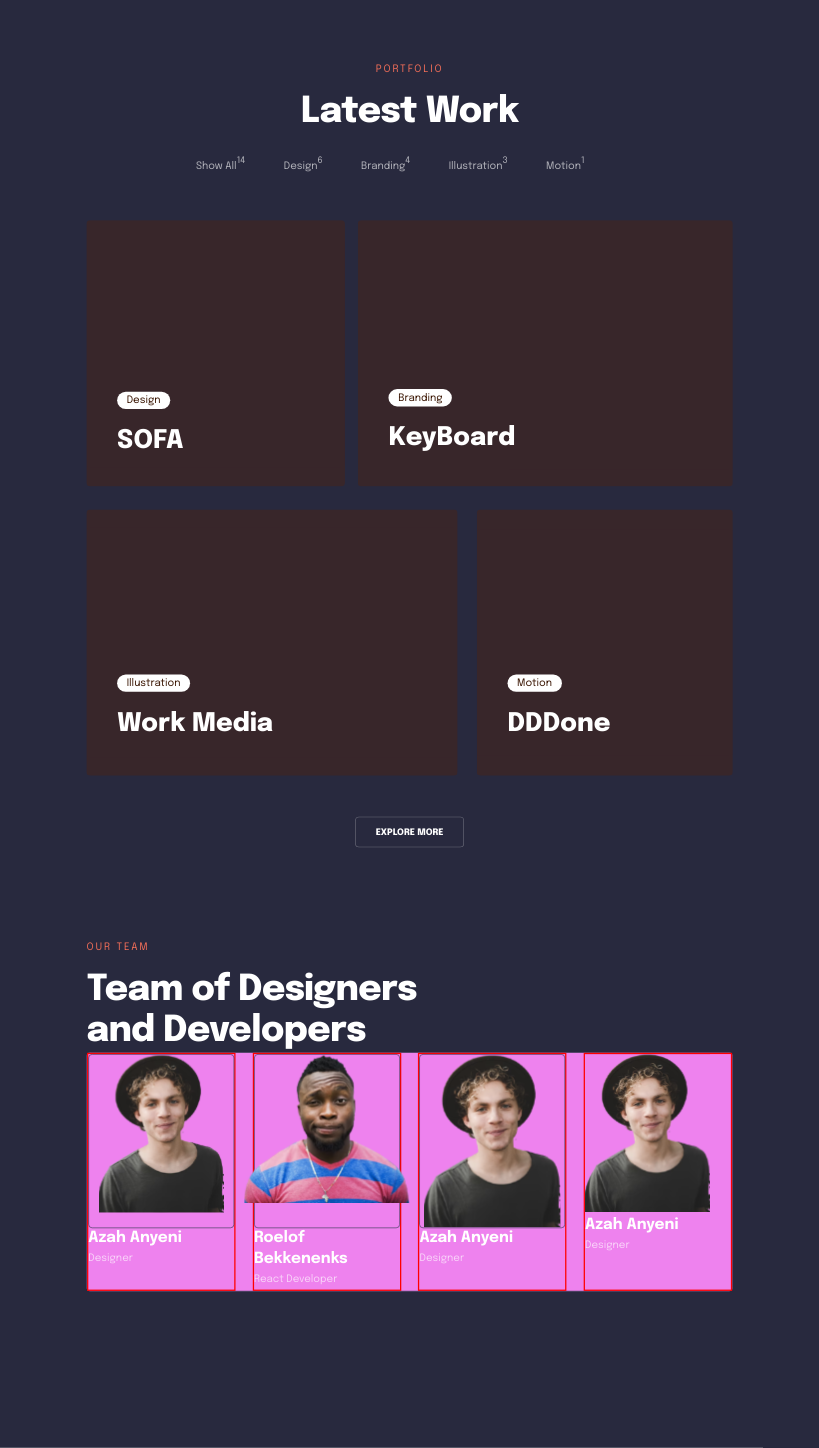
Repository: FidanXankishiyeva/figma-positions-task
Page: index.html
The author's editor kept a copy of each file at every save. The page is drawn from the files as they stood at one save, then again after a run of saves.
The browser window is 1280 px wide. The pictures show the whole page, at 64% of full size.

Above is the page before, as saved 2023-08-10 13:45:40.

### index.html
<!DOCTYPE html>
<html lang="en">

<head>
    <meta charset="UTF-8">
    <meta name="viewport" content="width=device-width, initial-scale=1.0">
    <title>Document</title>
    <link rel="stylesheet" href="index.css">
</head>

<body>
    <div class="container">
        <div class="page-1">
            <div class="text-box">
                <h1>Portfolio</h1>
                <h2>Latest Work</h2>
            </div>
            <nav class="position-box">
                <ul>
                    <li>
                        <h1>Show All</h1>
                        <p>14</p>
                    </li>
                    <li>
                        <h1>Design</h1>
                        <p>6</p>
                    </li>
                    <li>
                        <h1>Branding</h1>
                        <p>4</p>
                    </li>
                    <li>
                        <h1>Illustration</h1>
                        <p>3</p>
                    </li>
                    <li>
                        <h1>Motion</h1>
                        <p>1</p>
                    </li>
                </ul>
            </nav>
            <div class="photo-box">
                <div class="sofa-box">
                    <img src="./photo/sofa.svg" alt="">
                    <div class="design-box">
                        <a href="#">Design</a>
                        <p>SOFA</p>

                    </div>
                </div>
                <div class="keyboard-box">
                    <img src="./photo/keyboard.svg" alt="">
                    <div class="branding-box">
                        <a href="#">Branding</a>
                        <p>KeyBoard</p>
                    </div>
                </div>
            </div>

            <div class="photo-box-2">
                <div class="work-media">
                    <img src="./photo/Work-Media.svg" alt="">
                    <div class="illustration-box">
                        <a href="#">Illustration</a>
                        <p>Work Media</p>
                    </div>
                </div>
                <div class="done-box">
                    <img src="./photo/done.svg" alt="">
                    <div class="motion-box">
                        <a href="#">Motion</a>
                        <p>DDDone</p>
                    </div>
                </div>
            </div>
            <button>
                Explore more
            </button>
        </div>
        <div class="page-2">
            <div class="text-box-2">
                <h3 >Our Team</h3>
                <h4>Team of Designers
                    and Developers</h4>
            </div>
            <div class="team-person">
                <ul>
                    <li>
                        <div>
                            <img src="./photo/azah.svg" alt="">
                        </div>
                        <h5>Azah Anyeni</h5>
                        <h6>Designer</h6>
                    </li>
                    <li>
                        <div>
                            <img src="./photo/roelof.svg" alt="">

                        </div>
                        <h5>Roelof Bekkenenks</h5>
                        <h6>React Developer</h6>
                    </li>
                    <li>
                        <div>
                            <img src="./photo/azah.svg" alt="">
                        </div>
                        <h5>Azah Anyeni</h5>
                        <h6>Designer</h6>
                    </li>
                    <li>
                        <img src="./photo/azah.svg" alt="">
                        <h5>Azah Anyeni</h5>
                        <h6>Designer</h6>
                    </li>
                </ul>
            </div>
        </div>
    </div>

</body>

</html>

### index.css
@import url("https://fonts.googleapis.com/css2?family=Epilogue:wght@400;700;800&display=swap");
* {
  margin: 0;
  padding: 0;
  box-sizing: border-box;
}

.container {
  width: 100%;
  background-color: #28293e;
}

.page-1 {
  padding: 92px 135px 0 135px;
}
.text-box h1 {
  margin-bottom: 20px;
  color: var(--text-light-accent, #ef6d58);
  text-align: center;
  font-feature-settings: "clig" off, "liga" off;
  font-family: Epilogue;
  font-size: 16px;
  font-style: normal;
  font-weight: 400;
  line-height: 32px;
  letter-spacing: 3px;
  text-transform: uppercase;
}

.text-box h2 {
  margin-bottom: 36px;
  color: var(--text-light, #fff);
  text-align: center;
  font-feature-settings: "clig" off, "liga" off;
  font-family: Epilogue;
  font-size: 56px;
  font-style: normal;
  font-weight: 800;
  line-height: 64px;
  letter-spacing: -1px;
}

.position-box ul {
  display: flex;
  justify-content: center;
}

.position-box ul li {
  list-style-type: none;
  margin-right: 60px;
  display: flex;
}

.position-box ul li h1 {
  color: var(--text-light-gray, rgba(255, 255, 255, 0.64));
  font-feature-settings: "clig" off, "liga" off;
  font-family: Epilogue;
  font-size: 16px;
  font-style: normal;
  font-weight: 400;
  line-height: 32px;
}

.position-box ul li p {
  color: var(--text-light-gray, rgba(255, 255, 255, 0.64));
  text-align: center;
  font-feature-settings: "clig" off, "liga" off;
  font-family: Epilogue;
  font-size: 14px;
  font-style: normal;
  font-weight: 400;
}

.photo-box {
  display: flex;
  justify-content: space-between;
  margin-top: 68px;
}

.sofa-box {
  width: 40%;
  position: relative;
}

.design-box {
  position: absolute;
  bottom: 51px;
  left: 48px;
  /* top: 50%;
    left: 50%;
    transform: translate(-50%, -50%); */
}

.sofa-box img {
  width: 100%;
  height: 416px;
  margin-right: 30px;
  border-radius: 6px;
  opacity: 0.3181;
  background: #5c2000;
}

.photo-box a {
  width: 84px;
  height: 38px;
  padding: 5px 15px;
  text-decoration: none;
  border-radius: 19px;
  background: #fff;
  color: var(--text-dark, #391400);
  font-feature-settings: "clig" off, "liga" off;
  font-family: Epilogue;
  font-size: 16px;
  font-style: normal;
  font-weight: 400;
  line-height: 32px;
}

.photo-box p {
  margin-top: 23px;
  color: var(--text-light, #fff);
  font-feature-settings: "clig" off, "liga" off;
  font-family: Epilogue;
  font-size: 40px;
  font-style: normal;
  font-weight: 800;
  line-height: 48px;
}

.keyboard-box {
  position: relative;
  width: 58%;
  height: 416px;
}

.keyboard-box img {
  width: 100%;
  height: 100%;
  border-radius: 6px;
  opacity: 0.3181;
  background: #5c2000;
}

.branding-box {
  position: absolute;
  bottom: 51px;
  left: 48px;
}

.photo-box-2 {
  display: flex;
  justify-content: space-between;
  margin-top: 32px;
}

.work-media {
  position: relative;
  margin-right: 30px;
  width: 58%;
  height: 416px;
}

.work-media img {
  width: 100%;
  height: 100%;
  border-radius: 6px;
  opacity: 0.3181;
  background: #5c2000;
}

.photo-box-2 a {
  padding: 5px 15px;
  border-radius: 19px;
  text-decoration: none;
  background: #fff;
  color: var(--text-dark, #391400);
  font-feature-settings: "clig" off, "liga" off;
  font-family: Epilogue;
  font-size: 16px;
  font-style: normal;
  font-weight: 400;
  line-height: 32px;
}

.photo-box-2 p {
  margin-top: 23px;
  color: var(--text-light, #fff);
  font-feature-settings: "clig" off, "liga" off;
  font-family: Epilogue;
  font-size: 40px;
  font-style: normal;
  font-weight: 800;
  line-height: 48px;
}

.illustration-box {
  position: absolute;
  top: 256px;
  left: 48px;
}

.done-box {
  position: relative;
  width: 40%;
  height: 416px;
}

.done-box img {
  width: 100%;
  height: 100%;

  border-radius: 6px;
  opacity: 0.3181;
  background: #5c2000;
}

.motion-box {
  position: absolute;
  top: 256px;
  left: 48px;
}

.box {
  position: absolute;
  top: 64px;
  left: 500px;
}

button {
  width: 170px;
  height: 48px;
  /* padding: 18px 31px; */
  margin: auto;
  margin-top: 64px;
  display: block;
  border-radius: 6px;
  border: 1px solid rgba(255, 255, 255, 0.3);
  background-color: #28293e;
  text-decoration: none;
  color: #fff;
  text-align: center;
  font-family: Epilogue;
  font-size: 14px;
  font-style: normal;
  font-weight: 900;
  line-height: normal;
  text-transform: uppercase;
}
/* page-2 design */
.page-2 {
  padding: 140px 135px 244px 135px;
}
.text-box-2 {
  width: 531px;
}
.text-box-2 h3 {
  color: var(--text-light-accent, #ef6d58);
  font-feature-settings: "clig" off, "liga" off;
  font-family: Epilogue;
  font-size: 16px;
  font-style: normal;
  font-weight: 400;
  line-height: 32px;
  letter-spacing: 3px;
  text-transform: uppercase;
}
.text-box-2 h4 {
  margin-top: 20px;
  color: var(--text-light, #fff);
  font-feature-settings: "clig" off, "liga" off;
  font-family: Epilogue;
  font-size: 56px;
  font-style: normal;
  font-weight: 800;
  line-height: 64px;
  letter-spacing: -1px;
}
.team-person ul {
  /* padding: 24px 37px 0px 37px; */
  display: flex;
  justify-content: space-between;
  border-radius: 6px;
  border: 1px solid #3a3c56;
  background-color: violet;
}
.team-person ul li {
  list-style-type: none;
  width: 23%;
  border: 2px solid red;
}
.team-person ul li div {
    height: 272px;
  border-radius: 6px;
  border: 1px solid #3a3c56;
  display: flex;
  justify-content: center;
}
.team-person ul li:first-child img {
  width: 196px;
  height: 247px;
}
.team-person ul li:nth-child(2) img {
  width: 259px;
  height: 232px;
}

.team-person h5 {
  color: var(--text-light, #fff);
  font-feature-settings: "clig" off, "liga" off;
  font-family: Epilogue;
  font-size: 24px;
  font-style: normal;
  font-weight: 700;
  line-height: 32px;
}
.team-person h6 {
  color: var(--text-light-gray, rgba(255, 255, 255, 0.64));
  font-feature-settings: "clig" off, "liga" off;
  font-family: Epilogue;
  font-size: 16px;
  font-style: normal;
  font-weight: 400;
  line-height: 32px;
}

After the next 2 saves:
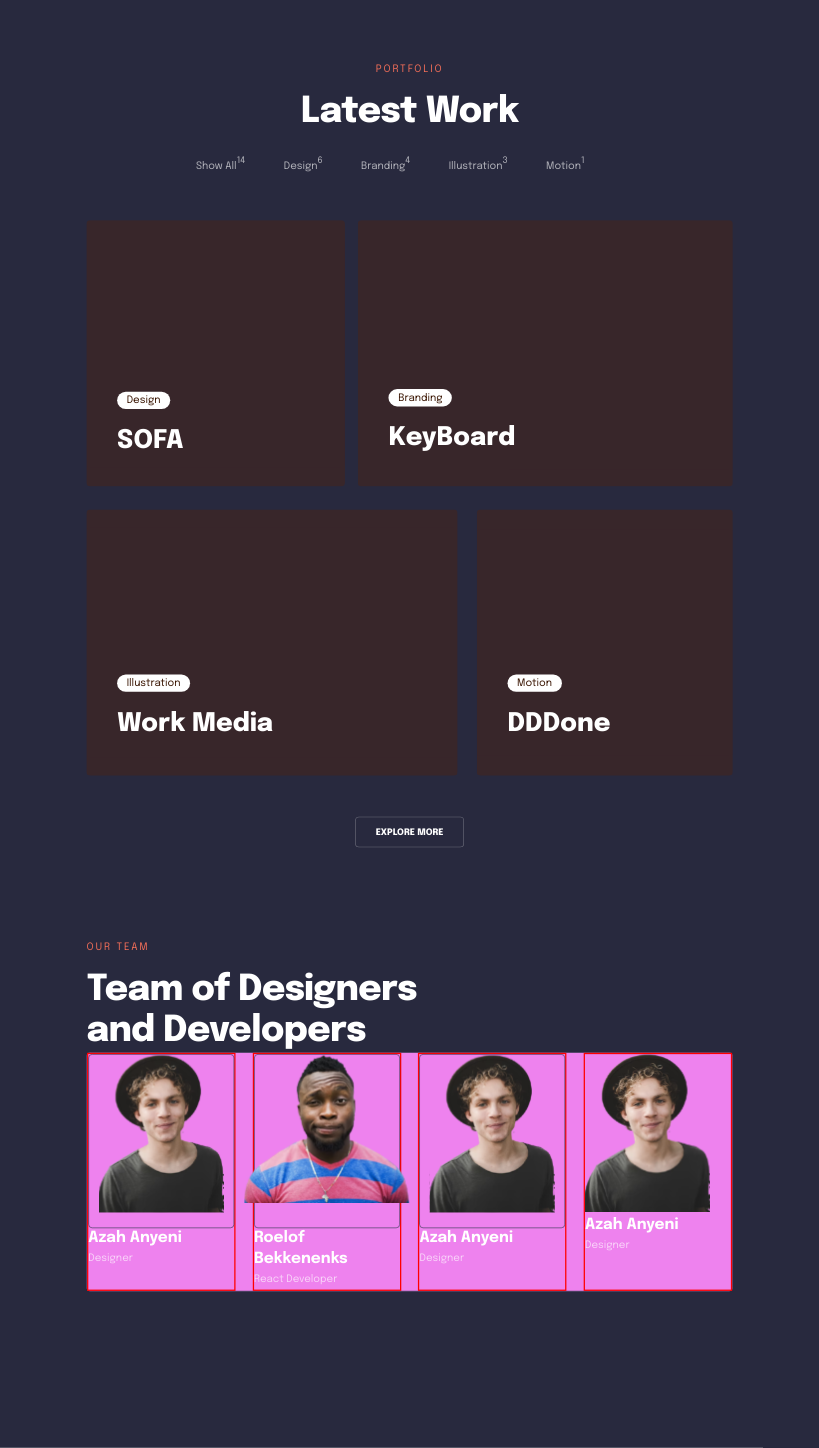
The 2 saves are shown as one change because they came seconds apart.
The last was saved 20 s later.
--- a/index.css
+++ b/index.css
@@ -294,6 +294,7 @@ button {
   border: 1px solid #3a3c56;
   display: flex;
   justify-content: center;
+  align-items: baseline;
 }
 .team-person ul li:first-child img {
   width: 196px;
